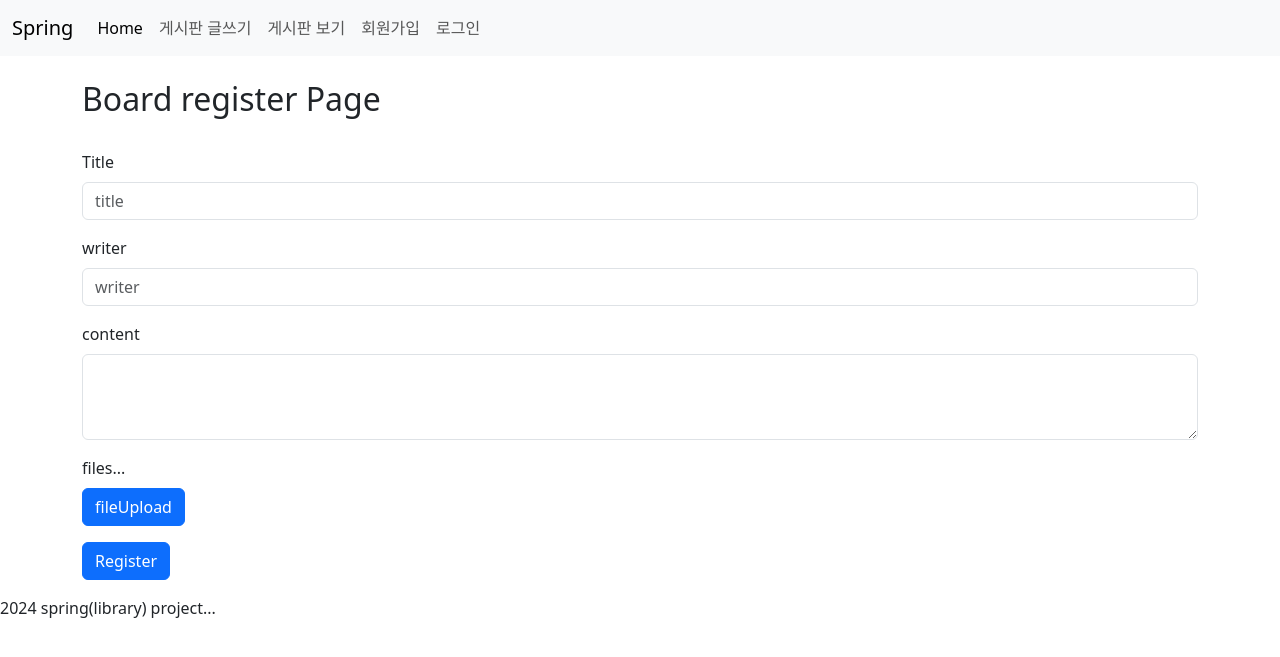
Repository: budflower44/Spring
Page: http://localhost/spring_test2/WEB-INF/views/board/register.jsp
These files come from the project's save history. The page is drawn as it stood at one moment and after the next save; the edit follows.
The browser window is 1280 px wide. The pictures show the whole page.
The page is served by Tomcat 9. Nobody is signed in. Other server files are loaded and not shown. The template is opened directly, without the code that normally fills it, so the values that code supplies are empty.

Above is the page before, as saved 2024-01-10 02:40:53.

### spring_test2/src/main/webapp/WEB-INF/views/board/register.jsp
<%@ page language="java" contentType="text/html; charset=UTF-8"
	    pageEncoding="UTF-8"%>
	<%@ taglib uri="http://java.sun.com/jsp/jstl/core" prefix="c"%>
<jsp:include page="../layout/header.jsp"></jsp:include>

<div class="container-md">
	<br>
	<h2>Board register Page</h2>
	<br>
	<form action="/board/register" method="post">
		<div class="mb-3">
			<label for="title" class="form-label">Title</label> <input
				type="text" name="title" class="form-control" id="title"
				placeholder="title">
		</div>
		<div class="mb-3">
			<label for="writer" class="form-label">writer</label>
			<input type="text" name="writer" class="form-control" id="writer" placeholder="writer" value="${ses.id }">
		</div>
		<div class="mb-3">
			<label for="content" class="form-label">content</label>
			<textarea class="form-control" name="content" id="content" rows="3"></textarea>
		</div>

		<!-- file 입력 라인 추가 -->
 		<div class="mb-3">
			<label for="file" class="form-label">files...</label>
			<br>
			<input type="file" name="files" class="form-control" id="files" multiple="multiple" style="display : none">
			<!-- 파일 버튼 트리거 사용하기 위해서 주는 버튼 -->
			<button type="button" class="btn btn-primary" id="trigger">fileUpload</button>
		</div>
		<!-- 파일 목록 표시라인 -->
		<div class="mb-3" id="fileZone">
		</div>

		<button type="submit" class="btn btn-primary" id="regBtn" >Register</button>
</div>

</form>


<jsp:include page="../layout/footer.jsp"></jsp:include>

### spring_test2/src/main/webapp/WEB-INF/views/layout/header.jsp
<%@ page language="java" contentType="text/html; charset=UTF-8"
	    pageEncoding="UTF-8"%>
	<%@ taglib uri="http://java.sun.com/jsp/jstl/core" prefix="c"%>
	<link href="https://cdn.jsdelivr.net/npm/bootstrap@5.3.1/dist/css/bootstrap.min.css" rel="stylesheet" integrity="sha384-4bw+/aepP/YC94hEpVNVgiZdgIC5+VKNBQNGCHeKRQN+PtmoHDEXuppvnDJzQIu9" crossorigin="anonymous">
	<script src="https://cdn.jsdelivr.net/npm/bootstrap@5.3.1/dist/js/bootstrap.bundle.min.js" integrity="sha384-HwwvtgBNo3bZJJLYd8oVXjrBZt8cqVSpeBNS5n7C8IVInixGAoxmnlMuBnhbgrkm" crossorigin="anonymous"></script>
	<!DOCTYPE html>
	<html>
	<head>
	<meta charset="UTF-8">
	<title>Insert title here</title>
	</head>
	<body>

	<nav class="navbar navbar-expand-lg bg-body-tertiary">
	  <div class="container-fluid">
	    <a class="navbar-brand" href="/member/index">Spring</a>
	    <button class="navbar-toggler" type="button" data-bs-toggle="collapse" data-bs-target="#navbarSupportedContent" aria-controls="navbarSupportedContent" aria-expanded="false" aria-label="Toggle navigation">
	      <span class="navbar-toggler-icon"></span>
	    </button>
	    <div class="collapse navbar-collapse" id="navbarSupportedContent">
	      <ul class="navbar-nav me-auto mb-2 mb-lg-0">
	        <li class="nav-item">
	          <a class="nav-link active" aria-current="page" href="/member/index">Home</a>
	        </li>
	        <li class="nav-item">
	          <a class="nav-link" href="/board/register">게시판 글쓰기</a>
	        </li>
	        <li class="nav-item">
	          <a class="nav-link" href="/board/list">게시판 보기</a>
	        </li>
	        <li class="nav-item">
	          <a class="nav-link" href="/member/register">회원가입</a>
	        </li>
	        <c:if test="${ses.id eq null }">
	        <li class="nav-item">
	          <a class="nav-link" href="/member/login">로그인</a>
	        </li>
	        </c:if>
	        <c:if test="${ses.id ne null }">
	        <li class="nav-item">
	          <a class="nav-link" href="/member/logout">로그아웃</a>
	        </li>
	        </c:if>
	        <c:if test="${ses.id ne null }">
	        <li class="nav-item">
	          <a class="nav-link" href="/member/modify">${ses.id }( ${ses.email } ) welcom!!</a>
	        </li>
	        </c:if>
	      </ul>
	    </div>
	  </div>
	</nav>

### spring_test2/src/main/webapp/WEB-INF/views/layout/footer.jsp
<div>
2024 spring(library) project...
</div>

</body>
</html>

### spring_test2/src/main/webapp/resources/js/boardRegister.js
console.log('boardRegister in');

//트리거 버튼 처리
document.getElementById('trigger').addEventListener('click', ()=>{
    document.getElementById('files').click();
})

//실행파일, 이미지파일, 파일 최대 사이즈 정규표현식 작성
const regExp = new RegExp("\.(exe|sh|bat|dll|jar|msi)$");
const maxSize = 1024*1024*20; //파일 최대 크기

function fileValidation(fileName, fileSize){
    if(regExp.test(fileName)){
        return 0;
    }else if(fileSize > maxSize){
        return 0;
    }else{
        return 1;
    }
}

document.addEventListener('change', (e)=>{
    console.log(e.target);
    if(e.target.id=='files'){ // 파일에 변화가 생겼다면...
        // input file element에 저장되어 있는 file의 정보를 가져오는 property
        const fileObj = document.getElementById('files').files;
        console.log(fileObj);

        //한번 disabled되면 혼자 풀어질 수 없음. 버튼을 원래 상태로 복구
        document.getElementById('regBtn').disabled = false;

        //첨부파일에 대한 정보를 fileZone에 기록
        let div = document.getElementById('fileZone');
        div.innerHTML='';
        //ul > li로 값을 추가
        //<ul class="list-group list-group-flush">
        //<li class="list-group-item">An item</li>

        // 여러 파일에 대한 검증을 모두 통과하기 위해서
        // * 로 각 파일마다 통과 여부를 확인
        let isOk = 1;
        let ul = `<ul class="list-group list-group-flush">`;
            for(let file of fileObj){
                let vaildResult = fileValidation(file.name, file.size);
                isOk *= vaildResult;
                ul += `<li class="list-group-item">`;
                ul += `<div class="mb-3">`;
                ul += `${vaildResult ? '<div class="fw-bold"> 업로드 가능 </div>' : '<div class="fw-bold text-danger"> 업로드 불가능 </div>'}`;
                ul += `${file.name}</div>`;
                ul += `<span class="badge rounded-pill text-bg-${vaildResult ? 'success' : 'danger'}">${file.size}Byte</span>`;
                ul+= `</li>`;
            }
        ul += `</ul>`;
        div.innerHTML = ul;

        if(isOk == 0){
            //하나의 파일이라도 검증에 통과하지 못한다면 버튼 비활성화.
            document.getElementById('regBtn').disabled = true;
        }
    }
})

After the next save:
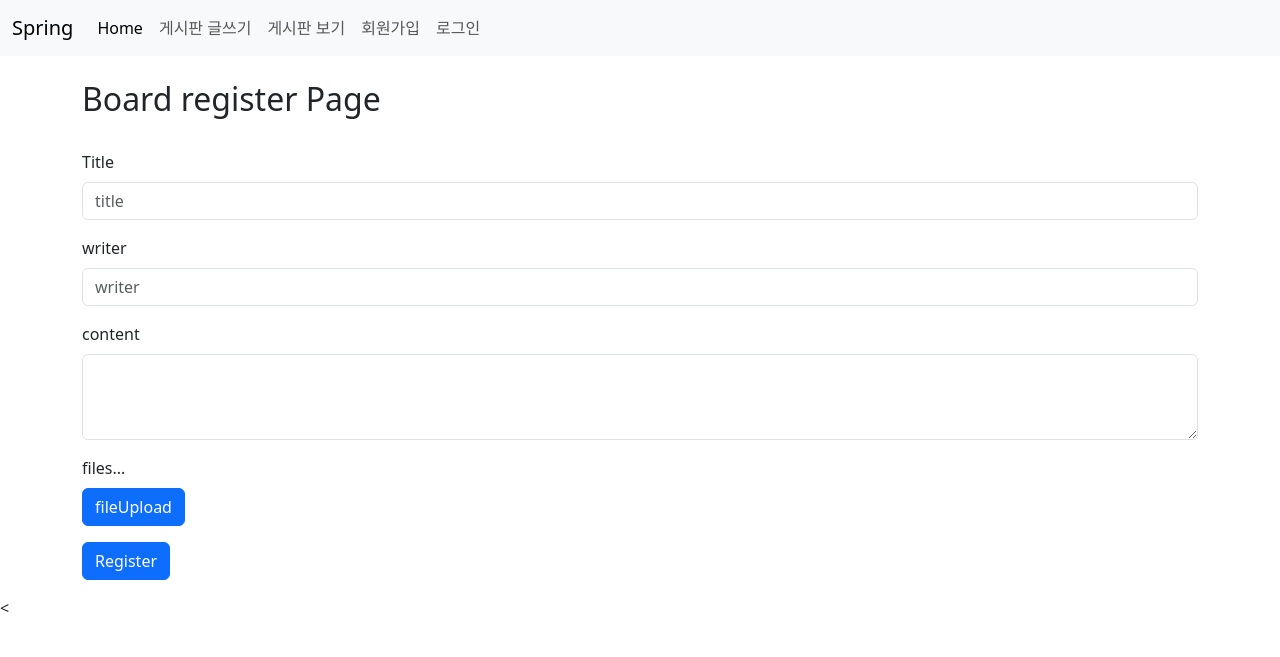
Saved 4 min 24 s later.
--- a/spring_test2/src/main/webapp/WEB-INF/views/board/register.jsp
+++ b/spring_test2/src/main/webapp/WEB-INF/views/board/register.jsp
@@ -39,5 +39,5 @@
 
 </form>
 
-
+<<script src="/resources/js/boardRegister.js" />
 <jsp:include page="../layout/footer.jsp"></jsp:include>
